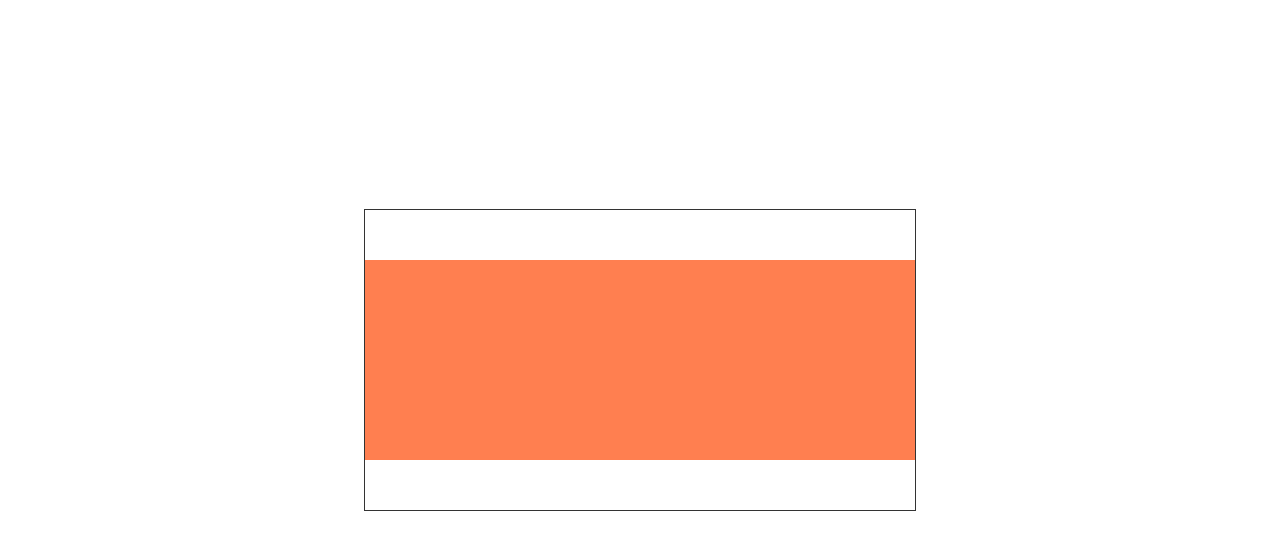
Repository: safak/animation
Page: index-4.html
The author's editor kept a copy of each file at every save. The page is drawn from the files as they stood at one save, then again after the next save.
The browser window is 1280 px wide. The pictures show the whole page.

Above is the page before, as saved 2020-12-17 00:26:04.

After the next save:
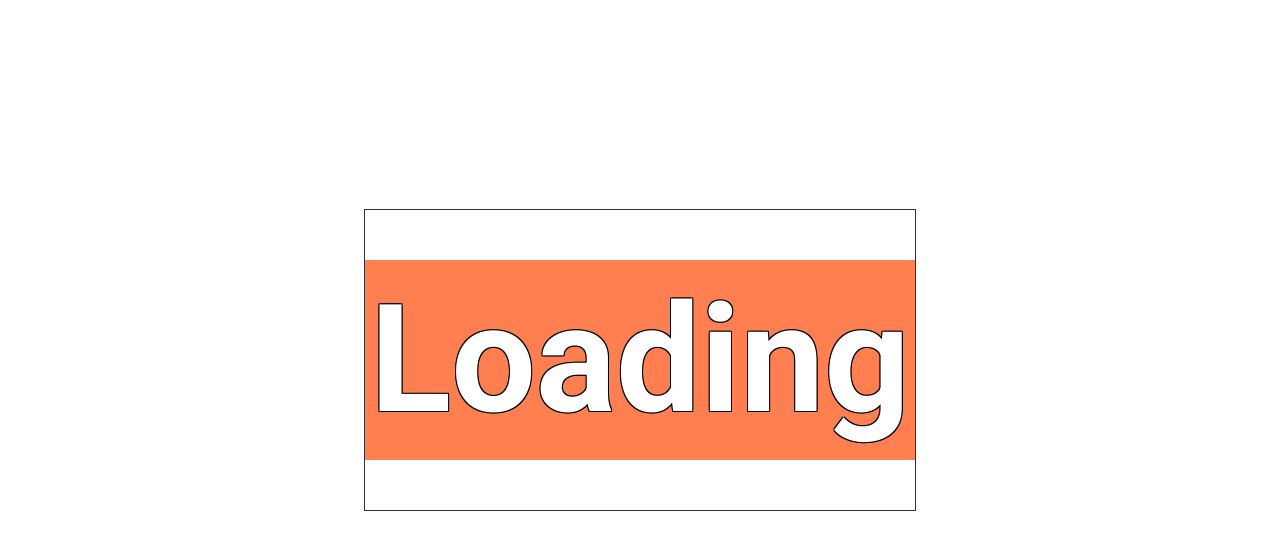
Saved 22 s later.
--- a/style.css
+++ b/style.css
@@ -161,11 +161,14 @@
   align-items: center;
   justify-content: center;
   text-shadow: -1px -1px 0 #000, 1px -1px 0 #000, -1px 1px 0 #000, 1px 1px 0 #000;
+  z-index: 1;
 }
+
 .fill{
   position: absolute;
   /* left: -100%; */
   width: 100%;
   height: 200px;
   background-color: coral;
+  z-index: 0;
 }

After the save that followed:
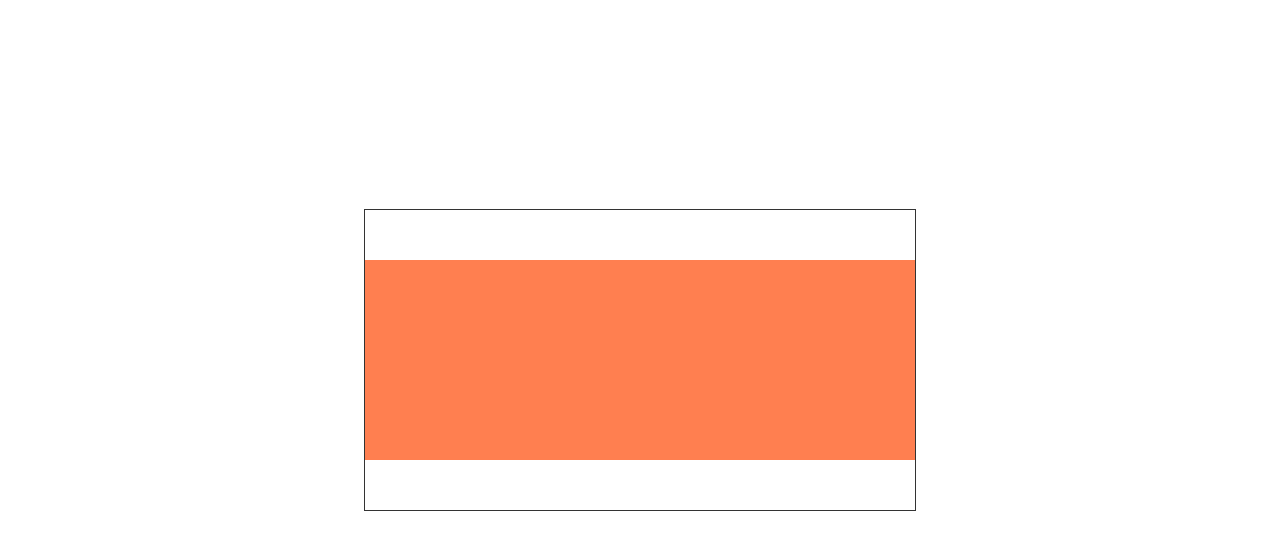
Saved 26 s later.
--- a/style.css
+++ b/style.css
@@ -161,7 +161,7 @@
   align-items: center;
   justify-content: center;
   text-shadow: -1px -1px 0 #000, 1px -1px 0 #000, -1px 1px 0 #000, 1px 1px 0 #000;
-  z-index: 1;
+  z-index: -1;
 }
 
 .fill{
